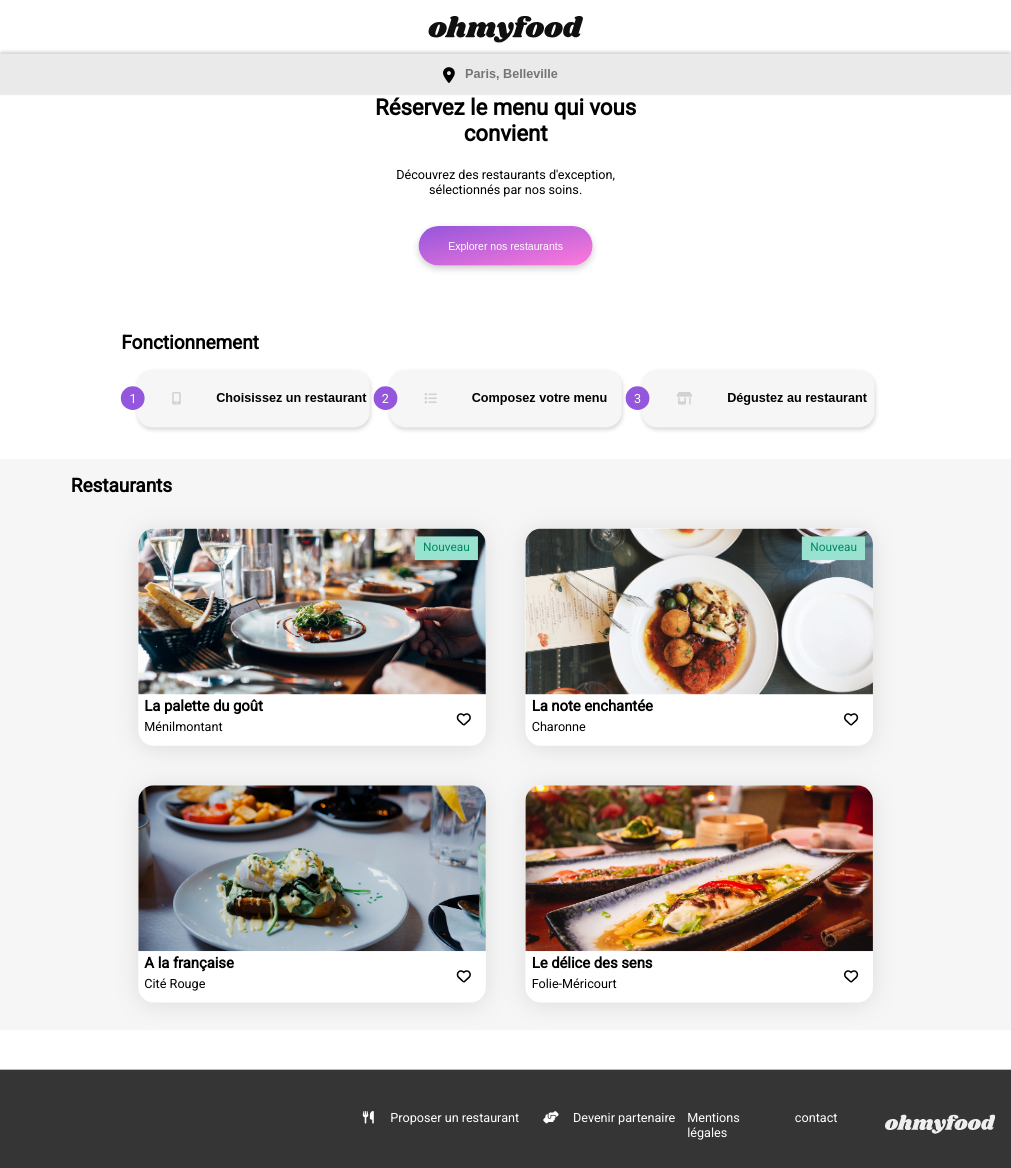
Repository: ByteVoyageur/OC-P4
Page: index.html
The author's editor kept a copy of each file at every save. The page is drawn from the files as they stood at one save, then again after the next save.
The browser window is 1280 px wide. The pictures show the whole page, at 79% of full size.
Some web fonts or font styles are not loaded; a fallback is used. The style sheet was rebuilt from its Sass, Less or Tailwind sources for each picture, by a compiler version that may differ from the author's.

Above is the page before, as saved 2023-09-28 15:02:36.

After the next save:
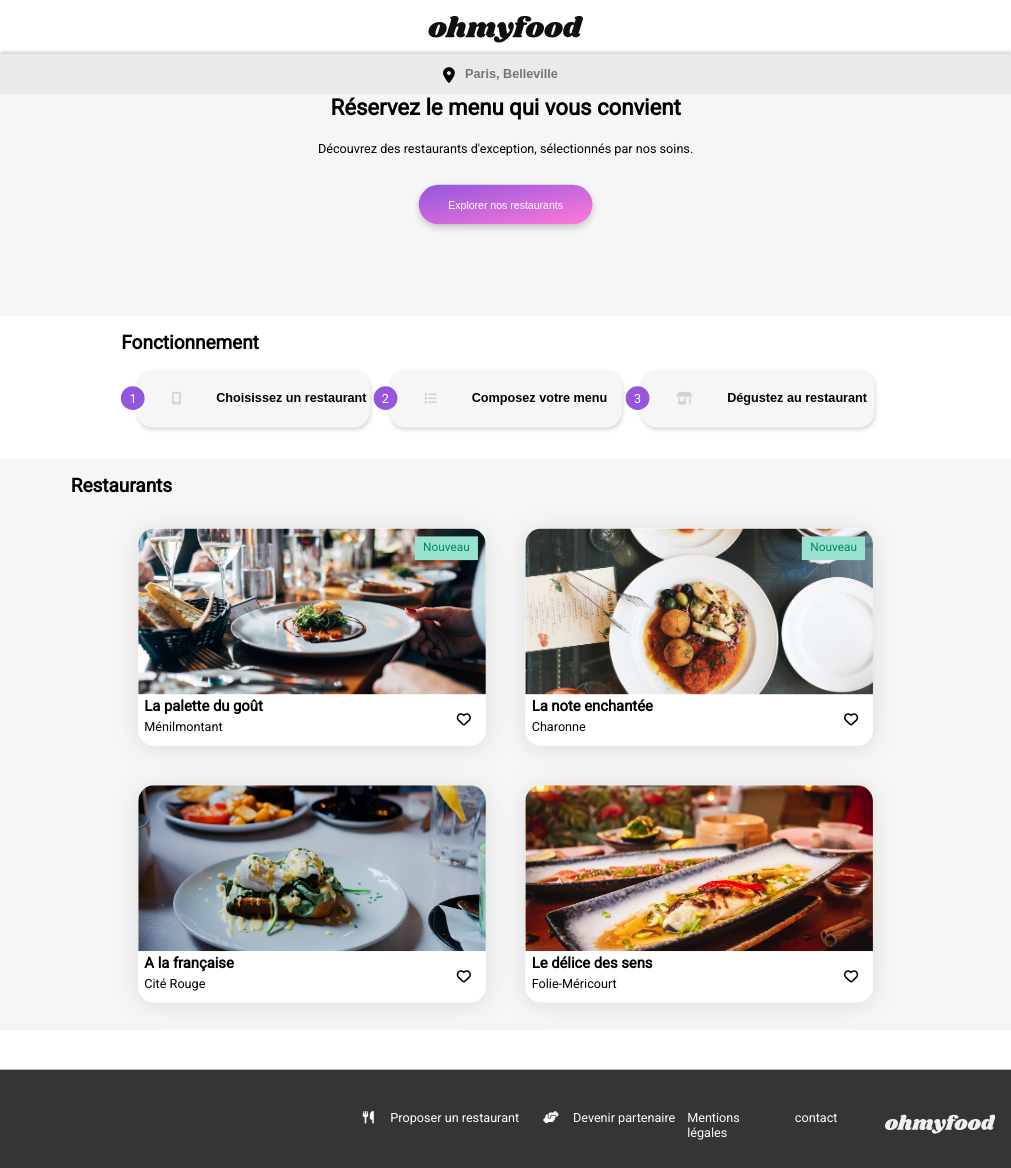
Saved 37 s later.
--- a/sass/style.scss
+++ b/sass/style.scss
@@ -51,6 +51,9 @@
 }
 
 .restaurants-intro {
+  background-color: $color-background;
+  width: 100%;
+  height: 350px;
   display: flex;
   flex-direction: column;
   align-items: center;
